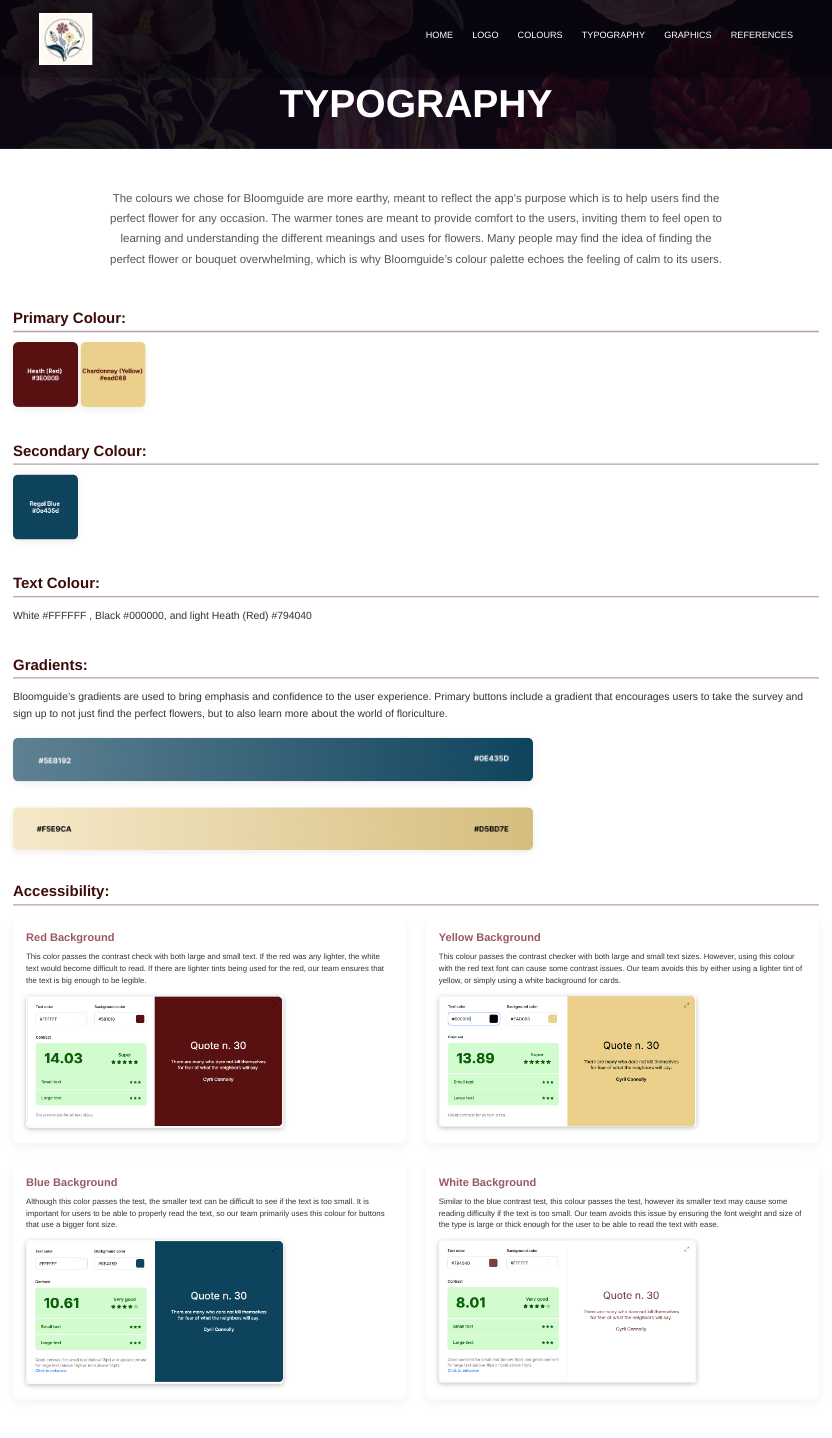
Repository: Emmalee06/styleguide-design2
Page: typography.html
An editor plug-in stored every save of this project. The page is shown before and after the next save, followed by the edit.
The browser window is 1280 px wide. The pictures show the whole page, at 65% of full size.

Above is the page before, as saved 2025-04-06 23:35:31.

### typography.html
<!DOCTYPE html>
<html lang="en">

<head>
    <meta charset="UTF-8" />
    <meta name="viewport" content="width=device-width, initial-scale=1.0" />
    <title>StyleGuide Design</title>
    <link rel="stylesheet" href="style.css" />
</head>

<body>
    <!-- Header with reduced height -->
    <section class="header small-header">
        <nav>
            <a href="index.html"><img src="images/logo.jpg" width="300" height="100" alt="Bloomguide logo" /></a>

            <div class="nav-links">
                <ul>
                    <li><a href="index.html">HOME</a></li>
                    <li><a href="logo.html">LOGO</a></li>
                    <li><a href="colours.html">COLOURS</a></li>
                    <li><a href="typography.html">TYPOGRAPHY</a></li>
                    <li><a href="graphics.html">GRAPHICS</a></li>
                    <li><a href="references.html">REFERENCES</a></li>
                </ul>
            </div>
        </nav>
        <h1>TYPOGRAPHY</h1>
    </section>

    <!-- COLOUR CONTENT -->
    <section class="logo">
        <p>
            The colours we chose for Bloomguide are more earthy, meant to reflect the app’s purpose which is to help
            users find the perfect flower for any occasion. The warmer tones are meant to provide comfort to the users,
            inviting them to feel open to learning and understanding the different meanings and uses for flowers. Many
            people may find the idea of finding the perfect flower or bouquet overwhelming, which is why Bloomguide’s
            colour palette echoes the feeling of calm to its users.
        </p>
    </section>
    <section class="colours">
        <h1>Primary Colour:</h1>
        <div class="image-row-small">
            <img src="images/red.png" alt="Red" />
            <img src="images/yellow.png" alt="Chardonnay Yellow" />
        </div>

        <h1>Secondary Colour:</h1>
        <div class="image-row-small">
            <img src="images/blue.png" alt="Blue" />
        </div>

        <h1>Text Colour:</h1>
        <p>White #FFFFFF , Black #000000, and light Heath (Red) #794040</p>

        <h1>Gradients:</h1>
        <p>
            Bloomguide’s gradients are used to bring emphasis and confidence to the user experience. Primary buttons
            include a gradient that encourages users to take the survey and sign up to not just find the perfect
            flowers, but to also learn more about the world of floriculture.
        </p>

        <div class="image-row">
            <img src="images/blue gradient.png" alt="#" />
        </div>

        <div class="image-row">
            <img src="images/yellow gradient.png" alt="#" />
        </div>

        <h1>Accessibility:</h1>

        <div class="accessibility-grid">
            <div class="access-card">
                <h2>Red Background</h2>
                <p>This color passes the contrast check with both large and small text. If the red was any lighter, the
                    white text would become difficult to read. If there are lighter tints being used for the red, our
                    team ensures that the text is big enough to be legible.</p>
                <img src="images/red-background.png" alt="#" />
            </div>

            <div class="access-card">
                <h2>Yellow Background</h2>
                <p>This colour passes the contrast checker with both large and small text sizes. However, using this
                    colour with the red text font can cause some contrast issues. Our team avoids this by either using a
                    lighter tint of yellow, or simply using a white background for cards.</p>
                <img src="images/yellow-background.png" alt="#" />
            </div>

            <div class="access-card">
                <h2>Blue Background</h2>
                <p>Although this color passes the test, the smaller text can be difficult to see if the text is too
                    small. It is important for users to be able to properly read the text, so our team primarily uses
                    this colour for buttons that use a bigger font size.
                </p>
                <img src="images/blue-background.png" alt="#" />
            </div>

            <div class="access-card">
                <h2>White Background</h2>
                <p>Similar to the blue contrast test, this colour passes the test, however its smaller text may cause
                    some reading difficulty if the text is too small. Our team avoids this issue by ensuring the font
                    weight and size of the type is large or thick enough for the user to be able to read the text with
                    ease.</p>
                <img src="images/white_background-red_text.png" alt="#" />
            </div>
        </div>
    </section>
</body>

</html>

### style.css
* {
    margin: 0;
    padding: 0;
    box-sizing: border-box;
    font-family: 'Helvetica Neue', sans-serif;
}

.header {
    min-height: 100vh;
    width: 100%;
    background-image: linear-gradient(rgba(4, 9, 30, 0.6), rgba(4, 9, 30, 0.6)), url(images/background.png);
    background-size: cover;
    background-position: center;
    position: relative;
}

/* Nav bar */
nav {
    width: 100%;
    background-color: rgba(0, 0, 0, 0.3);
    padding: 20px 60px;
    overflow: hidden;
}

/* Logo on the left */
nav a img {
    float: left;
    height: 80px;
    width: auto;
}

/* Nav links on the right */
.nav-links {
    float: right;
    margin-top: 25px;
}

.nav-links ul {
    list-style: none;
}

.nav-links ul li {
    display: inline-block;
    margin-left: 25px;
}

.nav-links ul li a {
    text-decoration: none;
    color: white;
    font-size: 14px;
    font-weight: 500;
    position: relative;
}

.nav-links ul li::after {
    content: '';
    display: block;
    height: 2px;
    width: 0;
    background: #fcb6b6;
    transition: 0.4s;
    margin-top: 4px;
}

.nav-links ul li:hover::after {
    width: 100%;
}

.nav-links ul li a:hover {
    color: #fcb6b6;
}

.text-box h1 {
    font-size: 60px;
}

.text-box h2 {
    font-size: 36px;
    margin: 15px 0;
}

/*Home Content*/
.text-box {
    position: absolute;
    top: 55%;
    left: 50%;
    transform: translate(-50%, -50%);
    text-align: center;
    color: #fff;
}

.credits-wrapper {
    display: block;
    margin-top: 30px;
}

/* credits left-aligned within a centered container */
.credits {
    display: block;
    text-align: left;
    margin: 0 auto 20px auto;
    width: fit-content;
}

.credits p {
    font-size: 18px;
    color: #d3dae0;
    margin: 6px 0;
}

/* button under credits */
.start-btn {
    text-align: center;
}

.hero-btn {
    display: inline-block;
    text-decoration: none;
    color: #fff;
    border: 1px solid #fff;
    padding: 12px 30px;
    font-size: 14px;
    transition: 0.4s;
}

.hero-btn:hover {
    background-color: #8f1a47;
    border-color: #8f1a47;
}

/* logo content*/

.logo {
    max-width: 1000px;
    margin: 60px auto;
    padding: 0 20px;
}

.logo h1 {
    font-size: 2.5rem;
    margin-bottom: 20px;
    color: #5a3f2f;
    text-align: center;
}

.logo p {
    font-size: 1.1rem;
    margin-bottom: 40px;
    color: #555;
    text-align: center;
    line-height: 1.8;
}

.row {
    display: grid;
    grid-template-columns: repeat(auto-fit, minmax(220px, 1fr));
    gap: 30px;
}

.logo-col h3 {
    margin-bottom: 15px;
    font-size: 1.2rem;
    color: #bc526c;
}

.logo-col img {
    max-width: 100%;
    height: auto;
    border-radius: 8px;
}

.logo-col {
    background-color: #fff;
    padding: 20px;
    border-radius: 12px;
    box-shadow: 0 2px 10px rgba(0, 0, 0, 0.05);
    text-align: center;
    transition: transform 0.3s ease, box-shadow 0.3s ease;
}

.logo-col:hover {
    transform: translateY(-10px);
    box-shadow: 0 12px 25px rgba(0, 0, 0, 0.1);
}

/* Make header shorter for this page */
.small-header {
    min-height: 10px;
}

/* 4 cards into one row */
.fixed-row {
    display: flex;
    justify-content: space-between;
    flex-wrap: nowrap;
    gap: 30px;
}

.logo h2 {
    font-size: 1.5rem;
    color: #771f35;
    margin: 30px 0 15px;
    text-align: center;
}

.header.small-header h1 {
    position: relative;
    top: 50%;
    left: 50%;
    transform: translate(-50%, -50%);
    color: #fff;
    font-size: 60px;
    text-align: center;
    font-weight: bold;
    margin-top: 40px;
}


/*COLOURS PAGE*/
/* --- Main Container --- */
.colours {
    margin: 60px auto;
    padding: 0 20px;
    color: #333;
}

/* --- Headings --- */
.colours h1 {
    font-size: 23px;
    margin-top: 50px;
    margin-bottom: 15px;
    color: #3E0B0B;
    border-bottom: 2px solid #89576691;
    padding-bottom: 6px;
}

/* --- Paragraphs --- */
.colours p {
    font-size: 1rem;
    margin-bottom: 25px;
    line-height: 1.6;
}

/* --- Image Rows --- */
.image-row {
    display: flex;
    gap: 20px;
    margin-bottom: 40px;
    align-items: center;
}

/* --- Image Blocks --- */
.image-row img {
    width: 800px;
    height: auto;
    border-radius: 8px;
    box-shadow: 0 3px 12px rgba(0, 0, 0, 0.08);
    transition: transform 0.3s ease;
}

.image-row-small img {
    width: 100px;
    height: auto;
    border-radius: 8px;
    box-shadow: 0 3px 12px rgba(0, 0, 0, 0.08);
    transition: transform 0.3s ease;
}

.image-row img:hover {
    transform: scale(1.03);
}

.image-row-small img:hover {
    transform: scale(1.03);
}

/* --- Accessibility Section --- */
.accessibility-grid {
    display: grid;
    grid-template-columns: repeat(2, 1fr);
    gap: 30px;
    margin-top: 20px;
}

/* --- Individual Accessibility Cards --- */
.access-card {
    background: #fff;
    border-radius: 10px;
    padding: 20px;
    box-shadow: 0 6px 16px rgba(0, 0, 0, 0.05);
    transition: transform 0.3s ease;
}

.access-card h2 {
    font-size: 17px;
    color: #9b5861;
    margin-bottom: 10px;
}

.access-card p {
    font-size: 12px;
    line-height: 1.5;
    margin-bottom: 15px;
}

.access-card img {
    width: 70%;
    border-radius: 6px;
    box-shadow: 0 2px 8px rgba(0, 0, 0, 0.263);
}

.access-card:hover {
    transform: scale(1.03);
}

After the next save:
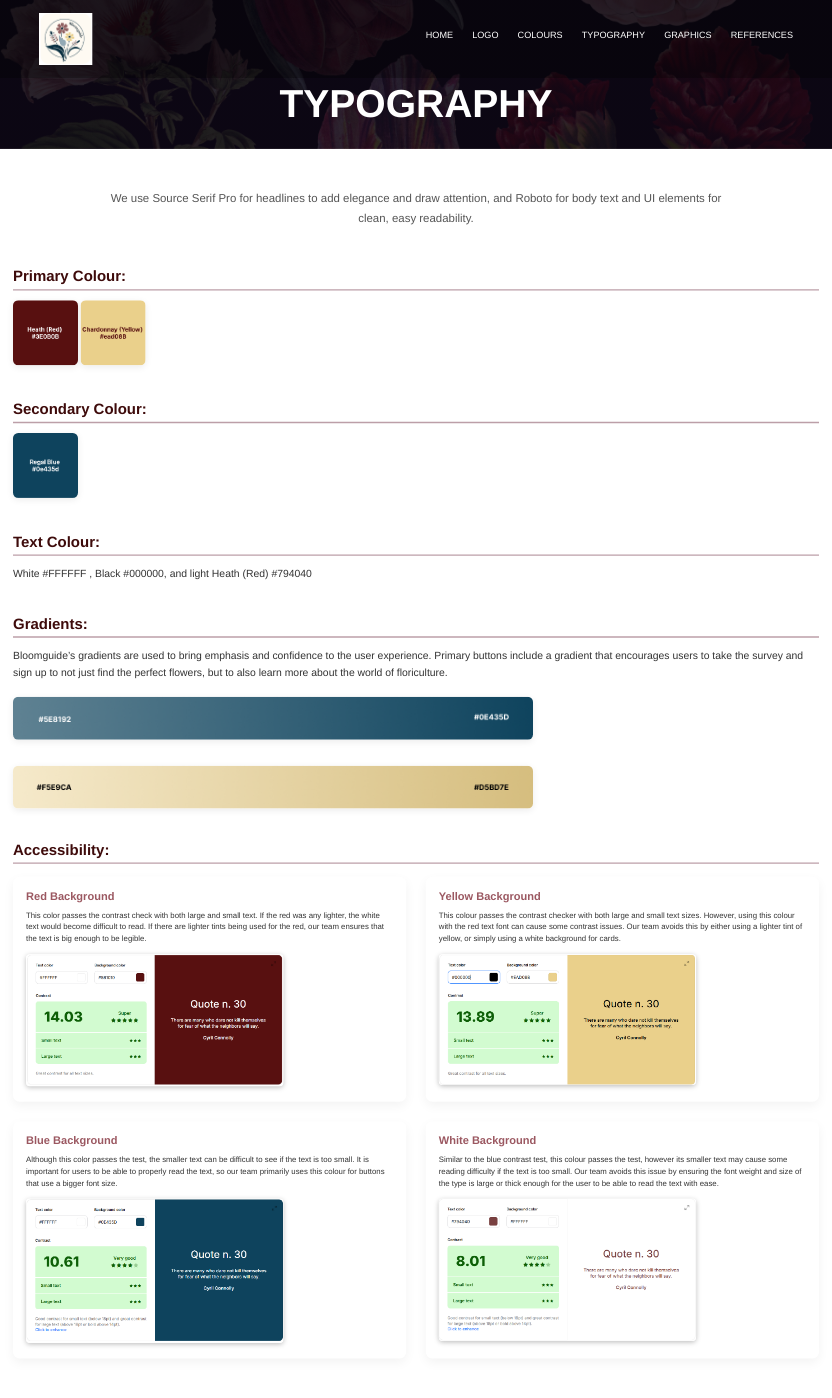
Saved 5 min 39 s later.
--- a/typography.html
+++ b/typography.html
@@ -31,12 +31,8 @@
     <!-- COLOUR CONTENT -->
     <section class="logo">
         <p>
-            The colours we chose for Bloomguide are more earthy, meant to reflect the app’s purpose which is to help
-            users find the perfect flower for any occasion. The warmer tones are meant to provide comfort to the users,
-            inviting them to feel open to learning and understanding the different meanings and uses for flowers. Many
-            people may find the idea of finding the perfect flower or bouquet overwhelming, which is why Bloomguide’s
-            colour palette echoes the feeling of calm to its users.
-        </p>
+            We use Source Serif Pro for headlines to add elegance and draw attention, and Roboto for body text and UI
+            elements for clean, easy readability. </p>
     </section>
     <section class="colours">
         <h1>Primary Colour:</h1>
